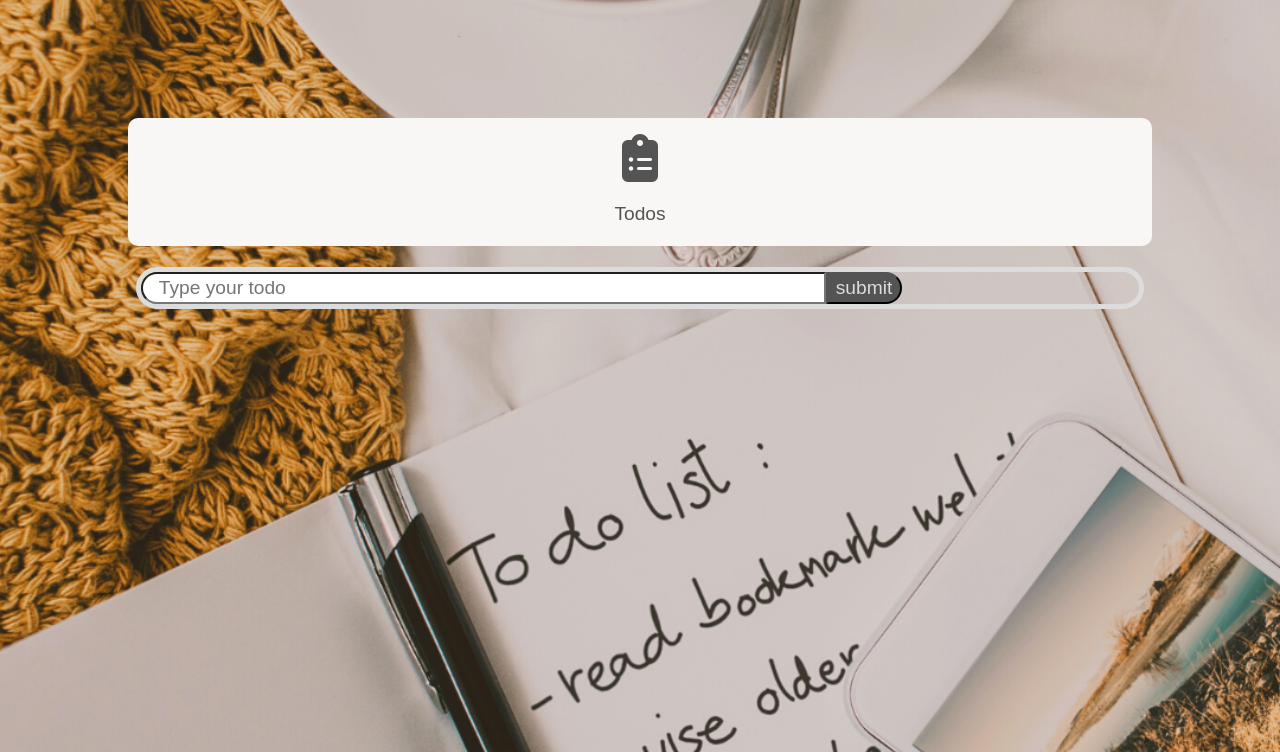
Repository: ShindanoSingi/My-Channel-Videos
Page: index.html
These files come from the project's save history. The page is drawn as it stood at one moment and after the next save; the edit follows.
The browser window is 1280 px wide. The pictures show the whole page.

Above is the page before, as saved 2023-07-18 00:31:52.
Console error: TypeError: Cannot read properties of null (reading 'addEventListener')

### index.html
<!DOCTYPE html>
<html lang="en">
<head>
    <meta charset="UTF-8">
    <meta name="viewport" content="width=device-width, initial-scale=1.0">
    <link rel="stylesheet" href="https://cdnjs.cloudflare.com/ajax/libs/font-awesome/6.2.0/css/all.min.css" integrity="sha512-xh6O/CkQoPOWDdYTDqeRdPCVd1SpvCA9XXcUnZS2FmJNp1coAFzvtCN9BmamE+4aHK8yyUHUSCcJHgXloTyT2A==" crossorigin="anonymous" referrerpolicy="no-referrer" />
    <Link rel="stylesheet" href="style.css">
    <title>Todo App</title>
</head>
<body>
    <div class="container">
        <div class="top-div">
            <i class="todo-icon fa-solid fa-clipboard-list"></i>
            <span>Todos</span>
        </div>

        <div class="input-button-container">
            <input class="input-field" id="input-field" type="text" placeholder="Type your todo">
            <input type="submit" value="submit" class="submit-button" id="submit-button">
        </div>
        <div class="div-checkbox-containers-parent" id="div-checkbox-containers-parent">
            </div>
        </div>
    </div>
    <script src="index.js"></script>
</body>
</html>

### style.css
:root{
    --gray-color: #545454;
    --background-color: #F8F7F6;
    --general-font: 1.2rem;
    --light-blue:#1E90FF;
    --light-gray:#DCDCDC;
    --border-radius: 10px;
    --input-border-radius: 50px;
    --padding-x: 0.5rem;
    --padding-y: 0.2rem;
    --screen: 100vw;
    --orange: #D59A4C;
}

body{
    color: var(--gray-color);
    font-family: 'Montserrat', sans-serif;
    font-size: var(--general-font);
    background-image: url(images/Background.png);
    background-size: cover;
    background-repeat: no-repeat;
    background-position: center;
    width: fit-content;
    box-sizing: 0;
    margin: 0;
    padding: 0;
}

.todo-icon{
    font-size: 3rem;
}

.top-div{
    width: 80%;
    background: var(--background-color);
    display: grid;
    justify-items: center;
    height: 6rem;
    gap: 1rem;
    border-radius: var(--border-radius);
    padding: 1rem 0;
    margin-bottom: 1.3rem;
    margin-top: -17rem;
}

/* Input field */
input, .submit-button{
    font-size: var(--general-font);
}

.input-field{
    width: 65%;
    display: inline-block;
    border-radius: var(--input-border-radius) 0 0 var(--input-border-radius);
    padding: 0.2rem 1rem;
}

.check-mark{
    z-index: -1;
}

input:focus{
    outline: none;
    background-color: var(--light-gray);
}

.submit-button{
    color: var(--light-gray);
    padding: 0 0.4rem;
    display: inline-block;
    background-color: var(--gray-color);

    color: var(--light-gray);
    border-radius: 0 var(--input-border-radius) var(--input-border-radius) 0;
    padding: var(--padding-y) var(--padding-x);
}

.submit-button:hover{
    background-color: var(--orange);
}

.input-button-container{
    width: 78%;
    display: flex;
    align-items: center;
    border: 5px solid var(--light-gray);
    border-radius: var(--input-border-radius) var(--input-border-radius);
    margin-top: 2rem;
    margin: 0 auto;
    margin-bottom: 1.3rem;
    /* display: none; */
}

div.text{
    font-size: 1rem;
    width: 70%;
    overflow: scroll;
    padding: 1rem;
}

.checkbox{
    transform: scale(1.2);
}

.check-mark{
    transform: translate(-1rem, -0.2rem);
}

.checkbox-icon{
    display: flex;
}

.div-checkbox-container{
    width: 100%;
    height: auto;
    display: flex;
    justify-content: space-between;
    align-items: center;
    background-color: var(--background-color);
    border-radius: var(--border-radius);
}

.div-checkbox-containers-parent{
    display: flex;
    flex-direction: column;
    align-items: center;
    gap: 1.5rem;
    padding: 0 2rem;
    width: 80%;
    max-height: 55vh;
    overflow-y: scroll;
    position: absolute;
    top: 46%;
}

.container{
    height: 100vh;
    width: 100vw;
    display: flex;
    flex-direction: column;
    align-items: center;
    justify-content: center;
    padding-bottom: 2rem;
}

### index.js
let button = document.getElementById("submit-button");
button.addEventListener("click", function () {

    let newDiv1 = document.getElementById("div-checkbox-containers-parent");

    let inputValue = document.getElementById("input-field");

    let newDiv2 = document.createElement("div");
    newDiv2.setAttribute('class', "div-checkbox-container");
    newDiv2.setAttribute("id", "div-checkbox-container");

    let newDiv3 = document.createElement("div");
    newDiv3.setAttribute("class", "text");
    newDiv3.setAttribute("id", "text");
    newDiv3.textContent = inputValue.value;

    let newDiv4 = document.createElement("div");
    newDiv4.setAttribute("class", "checkbox-icon");
    newDiv4.setAttribute("id", "checkbox-icon");

    let input = document.createElement("input");
    input.type = "checkbox";
    input.setAttribute("class", "checkbox");
    input.setAttribute("id", "checkbox");

    let i = document.createElement("i");
    i.setAttribute("class", "check-mark fa-solid fa-check");
    i.setAttribute('id','check-mark');

    newDiv4.appendChild(input);
    newDiv4.appendChild(i);

    newDiv2.appendChild(newDiv3);
    newDiv2.appendChild(newDiv4);

    console.log(newDiv1)
    if (!inputValue.value) {
        alert("Please enter the text!")
        return
    }

    newDiv1.appendChild(newDiv2);

    newDiv1.scrollTop = newDiv1.scrollHeight;

    inputValue.value = ''
});

const showCheckMark = () => {
    let checkMark = document.getElementById('check-mark');
    checkMark.style.zIndex = 1;
    console.log("Lol")
}

let checkBoxIcon = document.getElementById('checkbox-icon');
checkBoxIcon.addEventListener('click', (event) => {
    showCheckMark()
})

After the next save:
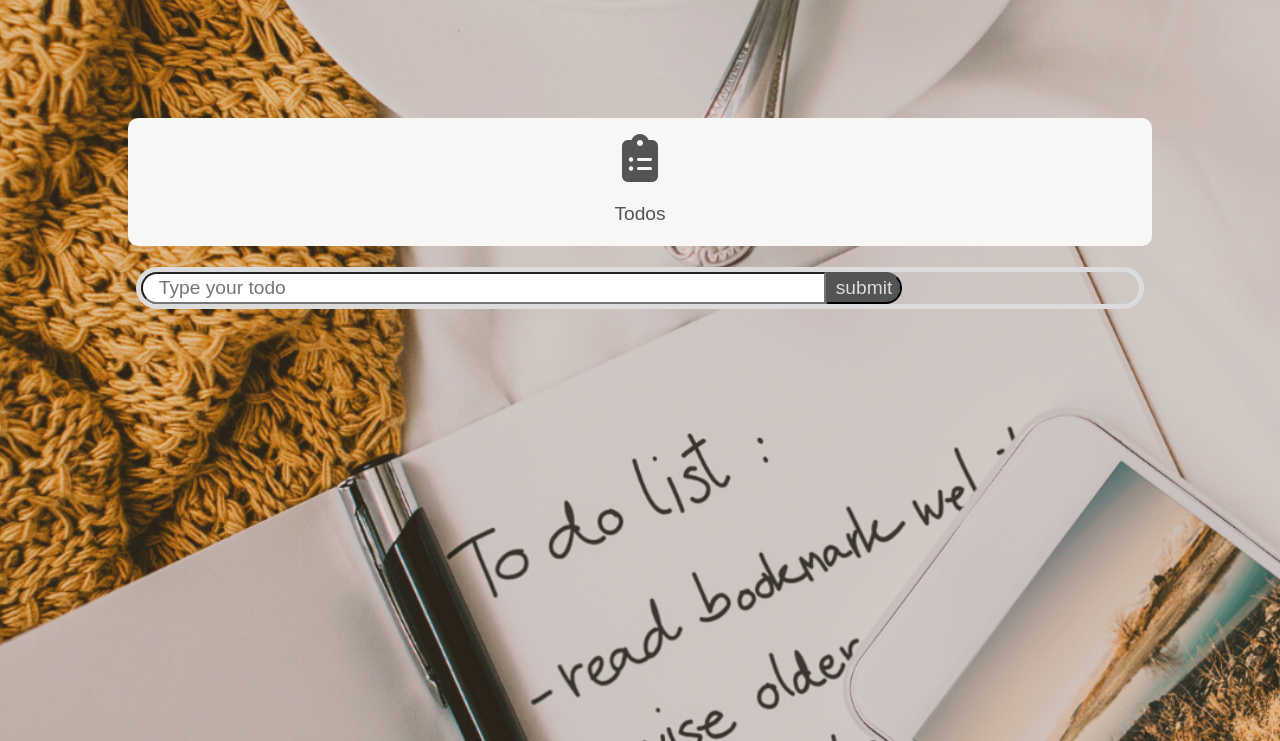
Saved 24 s later.
--- a/style.css
+++ b/style.css
@@ -140,5 +140,5 @@ div.text{
     flex-direction: column;
     align-items: center;
     justify-content: center;
-    padding-bottom: 2rem;
+    padding-bottom: 1.3rem;
 }
